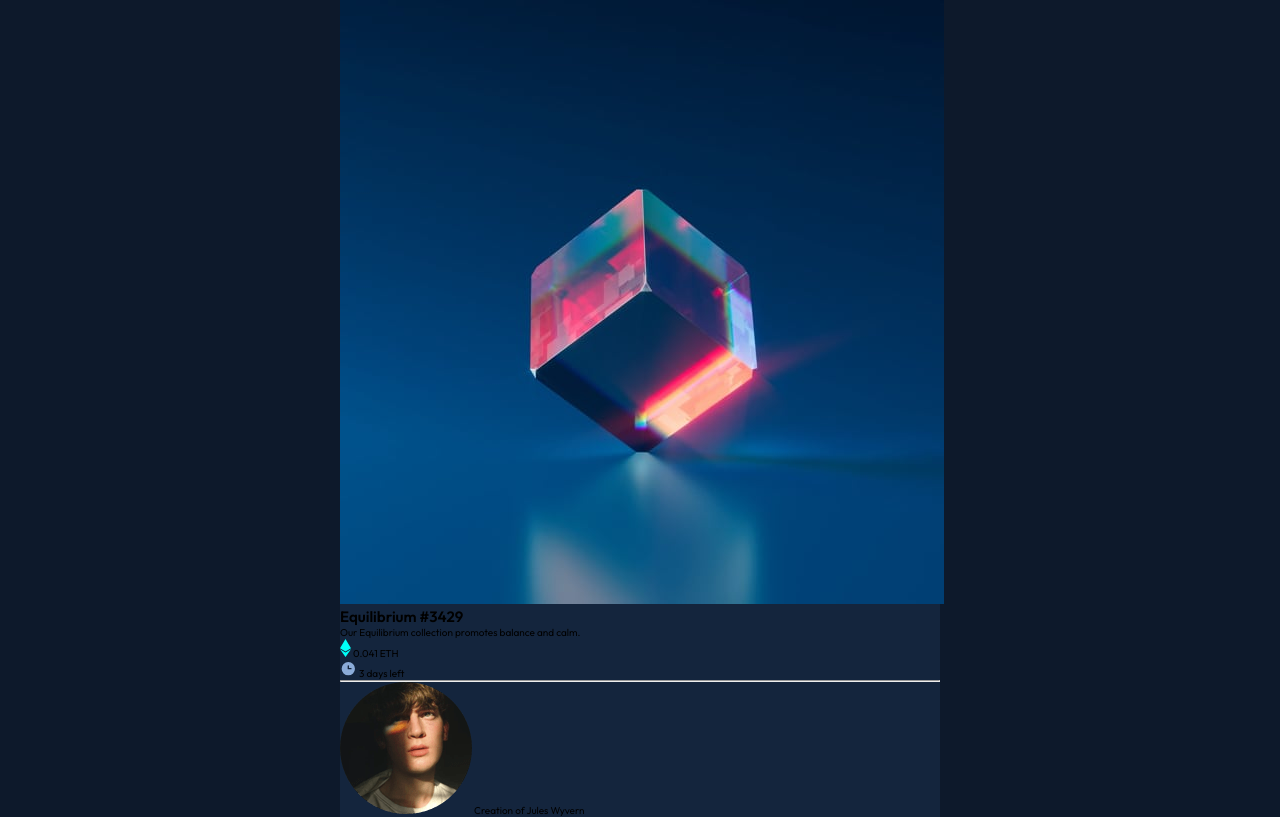
Repository: thaibaocoder1/nft-preview-card-component
Page: index.html
These files come from the project's save history. The page is drawn as it stood at one moment and after a run of saves; the edit follows.
The browser window is 1280 px wide. The pictures show the whole page.

Above is the page before, as saved 2023-01-06 18:29:15.

After the next 10 saves:
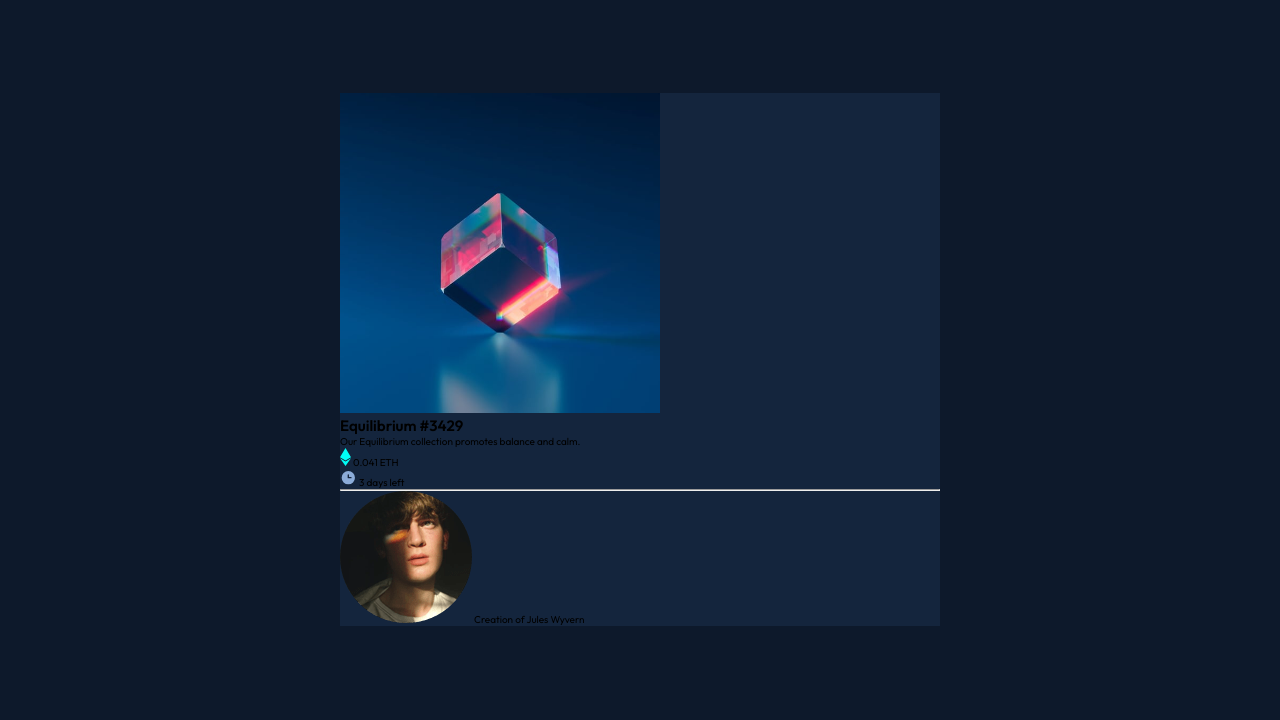
The 10 saves are shown as one change because they came seconds apart.
The last was saved 14 s later.
--- a/style.css
+++ b/style.css
@@ -28,5 +28,7 @@ body {
     background-color: var(--very-dark-blue-card);
 }
 .container .container-img {
-    w
+    width: 20rem;
+    height: 20rem;
+    object-fit: cover;
 }
